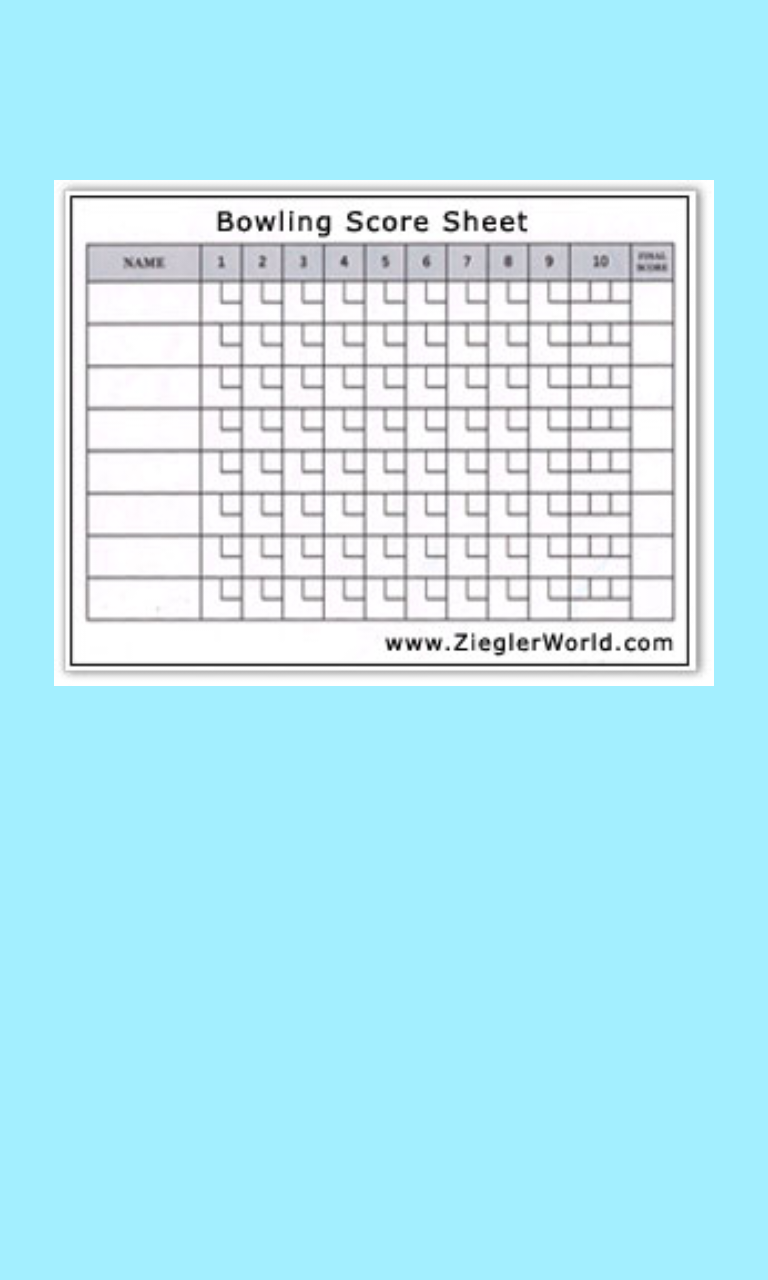
Repository: Atlaspud/TeamMasterE
Layout: BowlingGame/res/layout/activity_play.xml
The author's editor kept a copy of each file at every save. The layout is drawn from the files as they stood at one save, then again after the next save.
It is drawn on a 768 x 1280 px phone screen (xhdpi) without system bars, with theme AppTheme; the app's code is not run.

Above is the layout before, as saved 2014-10-29 11:19:01.

### BowlingGame/res/layout/activity_play.xml
<RelativeLayout xmlns:android="http://schemas.android.com/apk/res/android"
    xmlns:tools="http://schemas.android.com/tools"
    android:id="@+id/containerGame"
    android:layout_width="match_parent"
    android:layout_height="match_parent"
    android:background="@color/light_blue"
    tools:context="au.edu.jcu.bowlinggame.MainActivity"
    tools:ignore="MergeRootFrame" >

    <ImageView
        android:id="@+id/imageView1"
        android:layout_width="match_parent"
        android:layout_height="253dp"
        android:layout_alignParentLeft="true"
        android:layout_alignParentTop="true"
        android:layout_marginTop="90dp"
        android:src="@drawable/scoresheet" />

</RelativeLayout>

### BowlingGame/res/values/colours.xml
<?xml version="1.0" encoding="utf-8"?>
<resources>
    <color name="light_blue">#A3EFFF</color>
    <color name="red">#F40000</color>
    <color name="dark_red">#C90000</color>
    <color name="white">#FFFFFF</color>
</resources>

### BowlingGame/res/drawable-hdpi/red_custom_button.xml
<?xml version="1.0" encoding="utf-8"?>

<selector xmlns:android="http://schemas.android.com/apk/res/android" >
    <item android:state_pressed="true">
        <shape android:shape="rectangle">
            <corners android:bottomLeftRadius="8dp"
                	android:bottomRightRadius="8dp"
        			android:topLeftRadius="8dp"
        			android:topRightRadius="8dp"/>
            <solid android:color="#C90000"/>
		</shape>
</item>

    <item >
        <shape android:shape="rectangle">
            <corners android:bottomLeftRadius="8dp"
                	android:bottomRightRadius="8dp"
        			android:topLeftRadius="8dp"
        			android:topRightRadius="8dp"/>
            <solid android:color="#F40000"/>
		</shape>
</item>

</selector>

### BowlingGame/res/drawable-hdpi/back.xml
<?xml version="1.0" encoding="utf-8"?>
<shape xmlns:android="http://schemas.android.com/apk/res/android" android:shape="rectangle">
    <solid android:color="#ffffff"/>
    <stroke android:width="1dip"
        	android:color="#000000"/>
</shape>

Loaded but not shown: BowlingGame/res/values/styles.xml (common file); BowlingGame/res/values-v11/styles.xml (common file); BowlingGame/res/values-v14/styles.xml (common file)

After the next save:
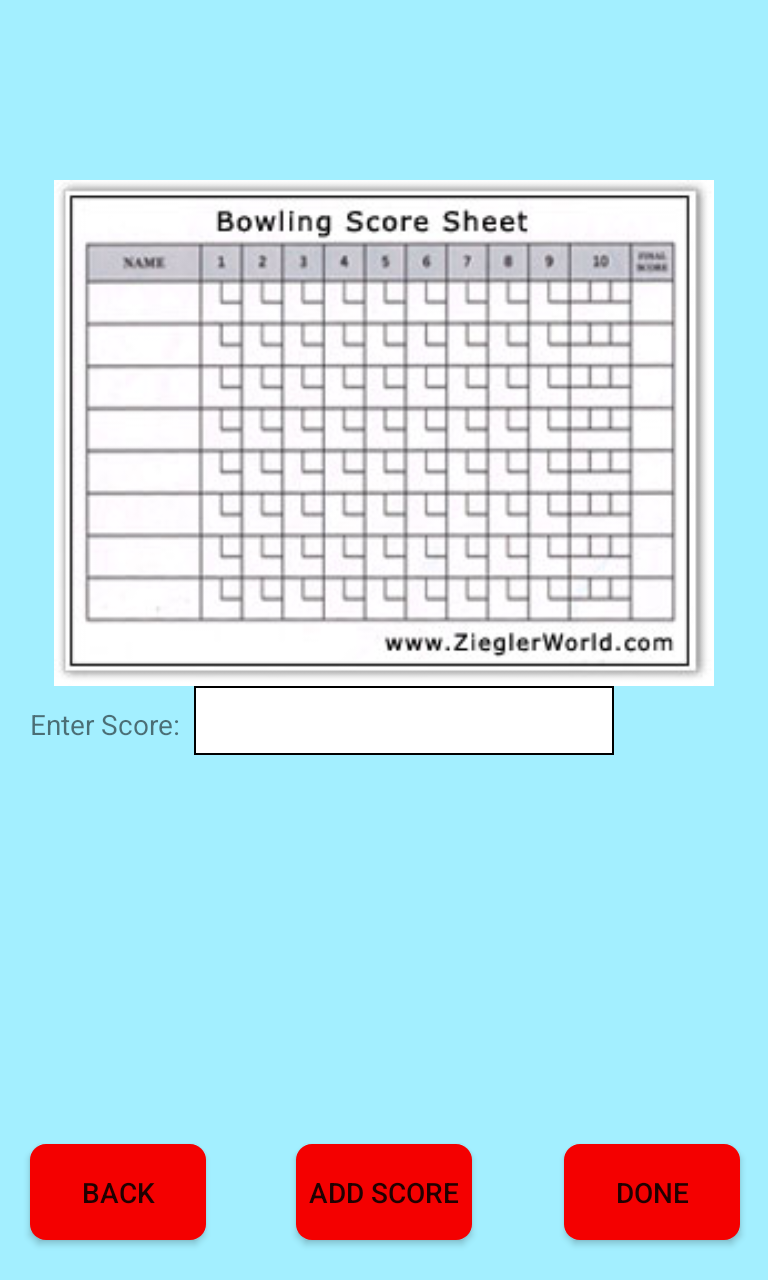
Saved 7 min 34 s later.
--- a/BowlingGame/res/layout/activity_play.xml
+++ b/BowlingGame/res/layout/activity_play.xml
@@ -14,6 +14,62 @@
         android:layout_alignParentLeft="true"
         android:layout_alignParentTop="true"
         android:layout_marginTop="90dp"
-        android:src="@drawable/scoresheet" />
+        android:src="@drawable/scoresheet"
+        tools:ignore="ContentDescription" />
+
+    <Button
+        android:id="@+id/button1"
+        android:layout_width="wrap_content"
+        android:layout_height="wrap_content"
+        android:layout_alignParentBottom="true"
+        android:layout_alignParentLeft="true"
+        android:layout_marginBottom="20dp"
+        android:layout_marginLeft="15dp"
+        android:background="@drawable/red_custom_button"
+        android:text="Back"
+        tools:ignore="HardcodedText" />
+
+    <Button
+        android:id="@+id/button2"
+        android:layout_width="wrap_content"
+        android:layout_height="wrap_content"
+        android:layout_alignBottom="@+id/button1"
+        android:layout_centerHorizontal="true"
+        android:background="@drawable/red_custom_button"
+        android:text="Add Score"
+        tools:ignore="HardcodedText" />
+
+    <Button
+        android:id="@+id/button3"
+        android:layout_width="wrap_content"
+        android:layout_height="wrap_content"
+        android:layout_alignBaseline="@+id/button2"
+        android:layout_alignBottom="@+id/button2"
+        android:layout_alignParentRight="true"
+        android:layout_marginRight="14dp"
+        android:background="@drawable/red_custom_button"
+        android:text="Done"
+        tools:ignore="HardcodedText" />
+
+    <TextView
+        android:id="@+id/textView1"
+        android:layout_width="wrap_content"
+        android:layout_height="wrap_content"
+        android:layout_alignBaseline="@+id/editText1"
+        android:layout_alignBottom="@+id/editText1"
+        android:layout_alignLeft="@+id/button1"
+        android:text="Enter Score:  "
+        tools:ignore="HardcodedText" />
+
+    <EditText
+        android:id="@+id/editText1"
+        android:layout_width="wrap_content"
+        android:layout_height="wrap_content"
+        android:layout_below="@+id/imageView1"
+        android:layout_toRightOf="@+id/textView1"
+        android:background="@drawable/back"
+        android:ems="10"
+        android:padding="5dp"
+        tools:ignore="TextFields" />
 
 </RelativeLayout>
